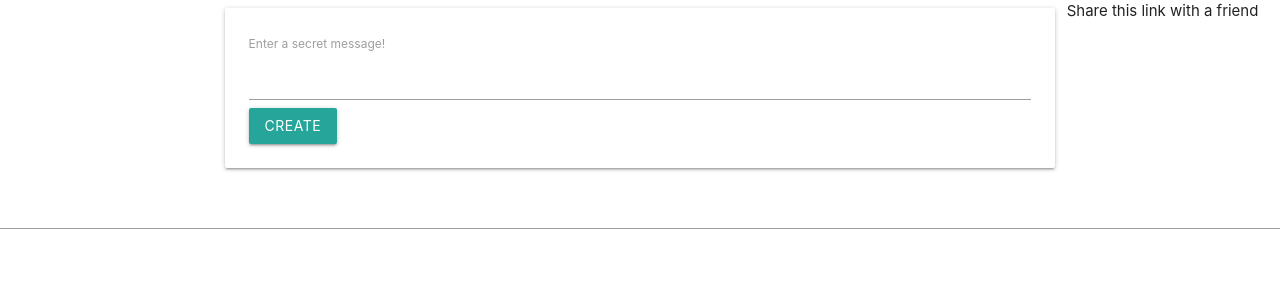
Repository: Sbethm/secret-message-sharing-app
Page: index.html
These files come from the project's save history. The page is drawn as it stood at one moment and after a run of saves; the edit follows.
The browser window is 1280 px wide. The pictures show the whole page.

Above is the page before, as saved 2021-10-11 16:29:30.

After the next 2 saves:
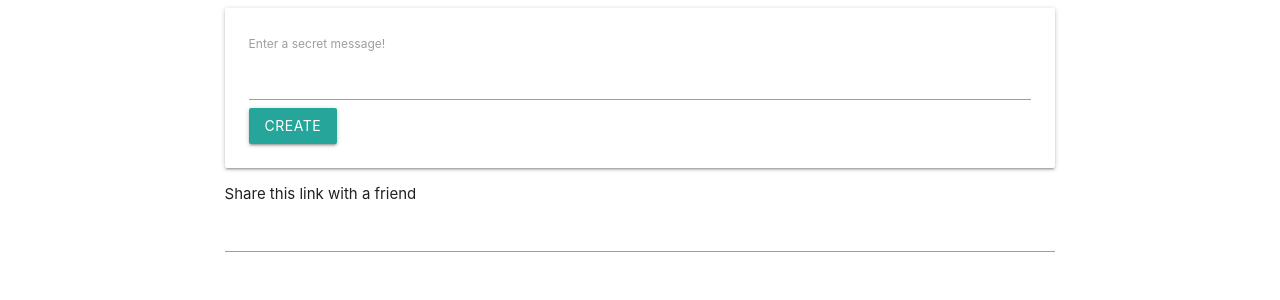
The 2 saves are shown as one change because they came seconds apart.
The last was saved 40 s later.
--- a/index.html
+++ b/index.html
@@ -17,10 +17,10 @@
                     <button class="btn">Create</button>
                 </form>
             </div>
-        </div>
-        <div>
-            Share this link with a friend
-            <input id="link-input" type="text" />
+            <div>
+                Share this link with a friend
+                <input id="link-input" type="text" />
+            </div>
         </div>
     </div>
     <script src="apps.js"></script>
